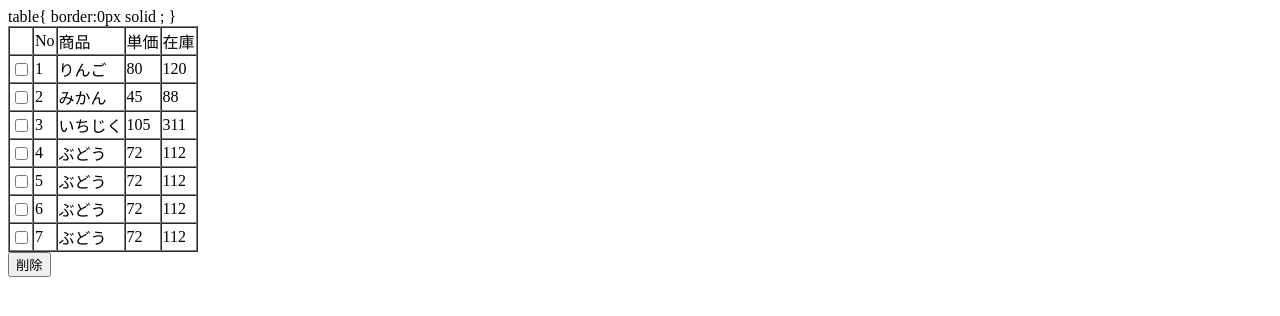
Repository: nathox/backup
Page: http://localhost/Favorite/s.jsp
An editor plug-in stored every save of this project. The page is shown before and after the next save, followed by the edit.
The browser window is 1280 px wide. The pictures show the whole page.
The page is served by Tomcat 9. Other server files are loaded and not shown.

Above is the page before, as saved 2018-02-07 08:06:15.

### Favorite/WebContent/s.jsp
<%@ page language="java" contentType="text/html; charset=UTF-8"
    pageEncoding="UTF-8"%>
<!DOCTYPE html PUBLIC "-//W3C//DTD HTML 4.01 Transitional//EN" "http://www.w3.org/TR/html4/loose.dtd">
<html>
<head>



<meta http-equiv="Content-Type" content="text/html; charset=UTF-8">
<title>Insert title here</title>

table{
border:0px solid ;

}




</head>
<body>

 <table border="1" cellspacing="0">
        <thead id="hoge-head">
            <tr>
                <td></td>
                <td>No</td>
                <td>商品</td>
                <td>単価</td>
                <td>在庫</td>
            </tr>
        </thead>
        <tbody id="hoge-body">
            <tr>
                <td><input type="checkbox"></td>
                <td>1</td>
                <td>りんご</td>
                <td>80</td>
                <td>120</td>
            </tr>
            <tr>
                <td><input type="checkbox"></td>
                <td>2</td>
                <td>みかん</td>
                <td>45</td>
                <td>88</td>
            </tr>
            <tr>
                <td><input type="checkbox"></td>
                <td>3</td>
                <td>いちじく</td>
                <td>105</td>
                <td>311</td>
            </tr>
            <tr>
                <td><input type="checkbox"></td>
                <td>4</td>
                <td>ぶどう</td>
                <td>72</td>
                <td>112</td>
            </tr>

            <tr>
                <td><input type="checkbox"></td>
                <td>5</td>
                <td>ぶどう</td>
                <td>72</td>
                <td>112</td>
            </tr>

            <tr>
                <td><input type="checkbox"></td>
                <td>6</td>
                <td>ぶどう</td>
                <td>72</td>
                <td>112</td>
            </tr>

            <tr>
                <td><input type="checkbox"></td>
                <td>7</td>
                <td>ぶどう</td>
                <td>72</td>
                <td>112</td>
            </tr>

        </tbody>
    </table>



<INPUT
				TYPE="button" VALUE="削除" onClick="location.href=''">







</body>
</html>

After the next save:
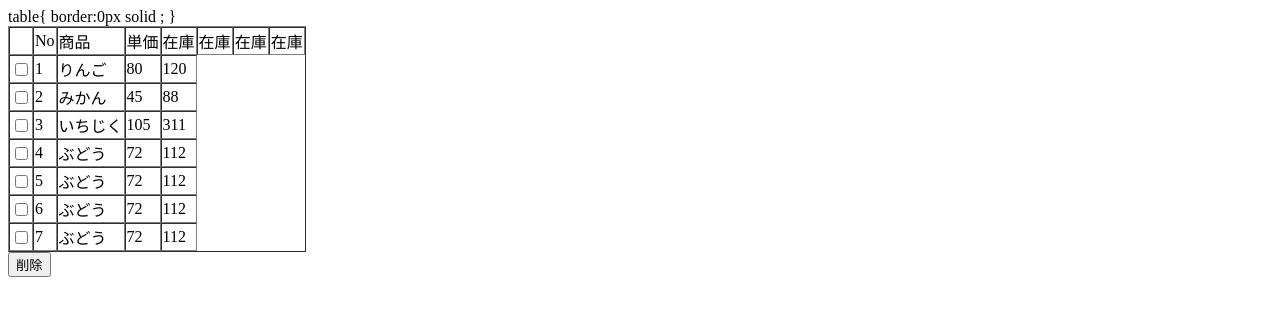
Saved 2 min 18 s later.
--- a/Favorite/WebContent/s.jsp
+++ b/Favorite/WebContent/s.jsp
@@ -27,6 +27,9 @@ border:0px solid ;
                 <td>No</td>
                 <td>商品</td>
                 <td>単価</td>
+                <td>在庫</td>
+                <td>在庫</td>
+                <td>在庫</td>
                 <td>在庫</td>
             </tr>
         </thead>
